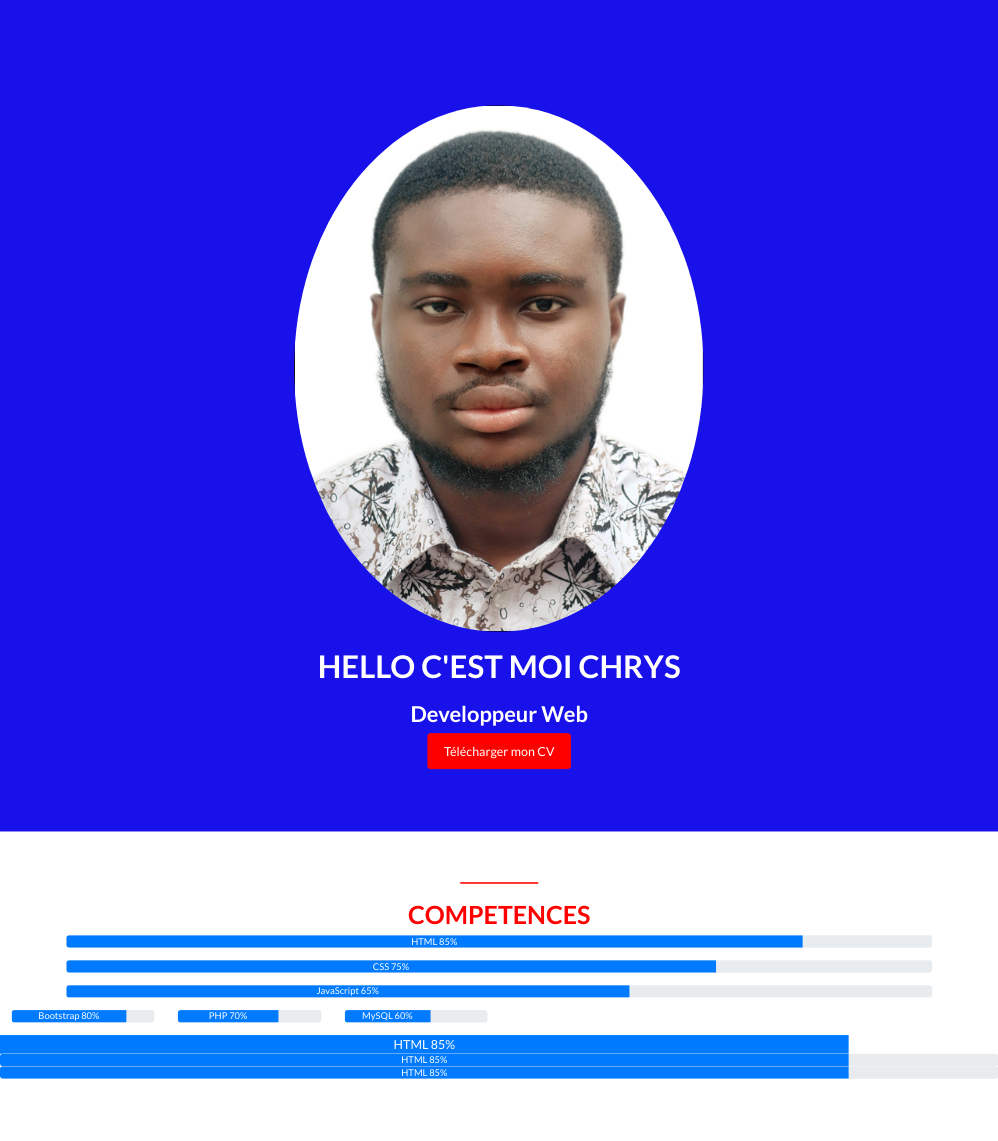
Repository: CHRYSOVR/CV_en_ligne_Interactif
Page: index.html
An editor plug-in stored every save of this project. The page is shown before and after the next save, followed by the edit.
The browser window is 1280 px wide. The pictures show the whole page, at 78% of full size.

Above is the page before, as saved 2025-07-07 16:44:05.
Console error: TypeError: Cannot read properties of undefined (reading 'fn')

After the next save:
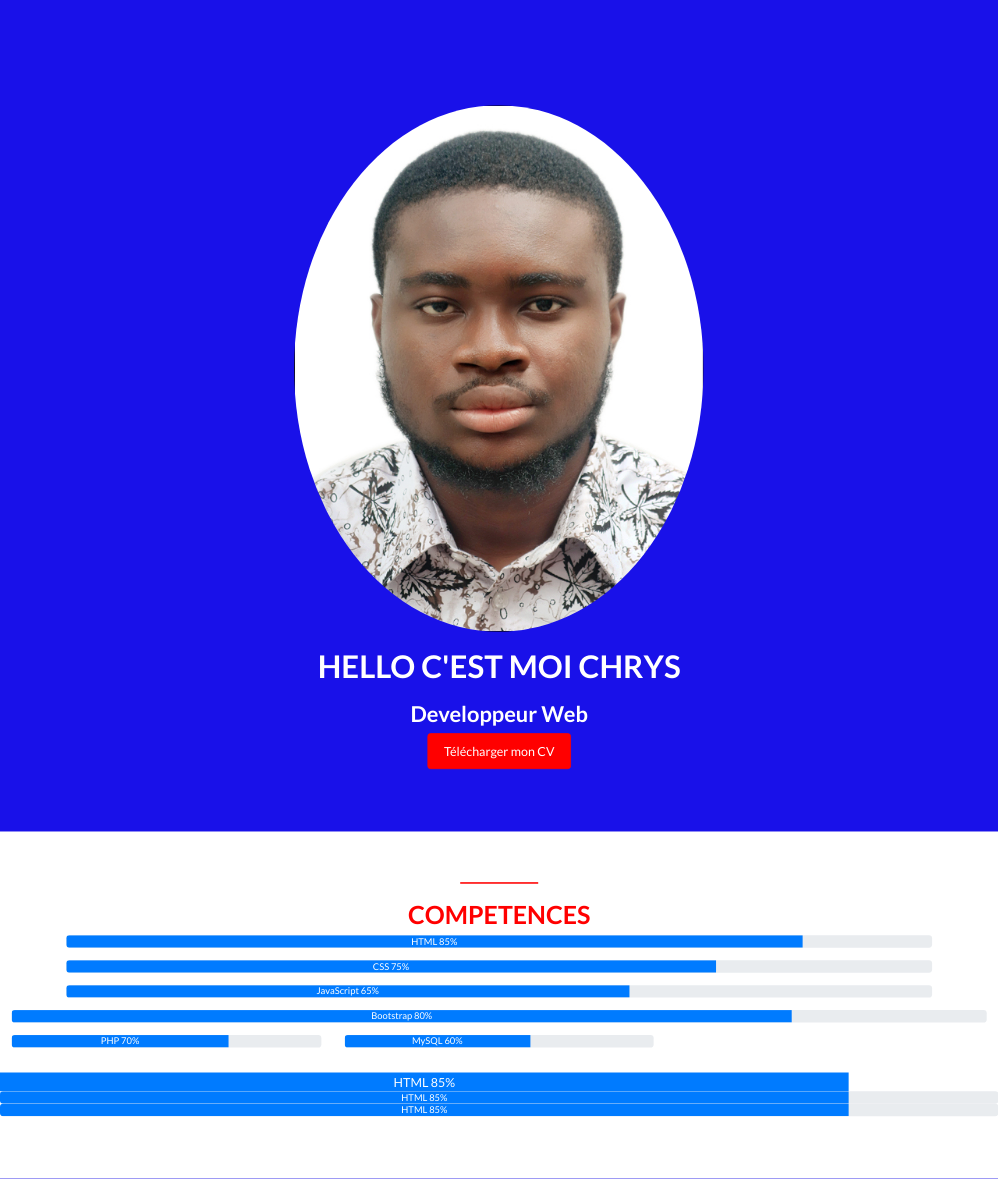
Saved 92 s later.
--- a/index.html
+++ b/index.html
@@ -47,9 +47,9 @@
                 </div>
             </div>
         </div>
-        <div class="col-lg-6 col-md-12">
+        <div class="col-12 mb-3">
             <div class="row">
-                <div class="col-12 col-md-4 mb-3">
+                <div class="col-12  mb-3">
                     <div class="progress">
                         <div class="progress-bar" role="progressbar" style="width: 80%;" aria-valuenow="80" aria-valuemin="0" aria-valuemax="100">Bootstrap 80%</div>
                     </div>
